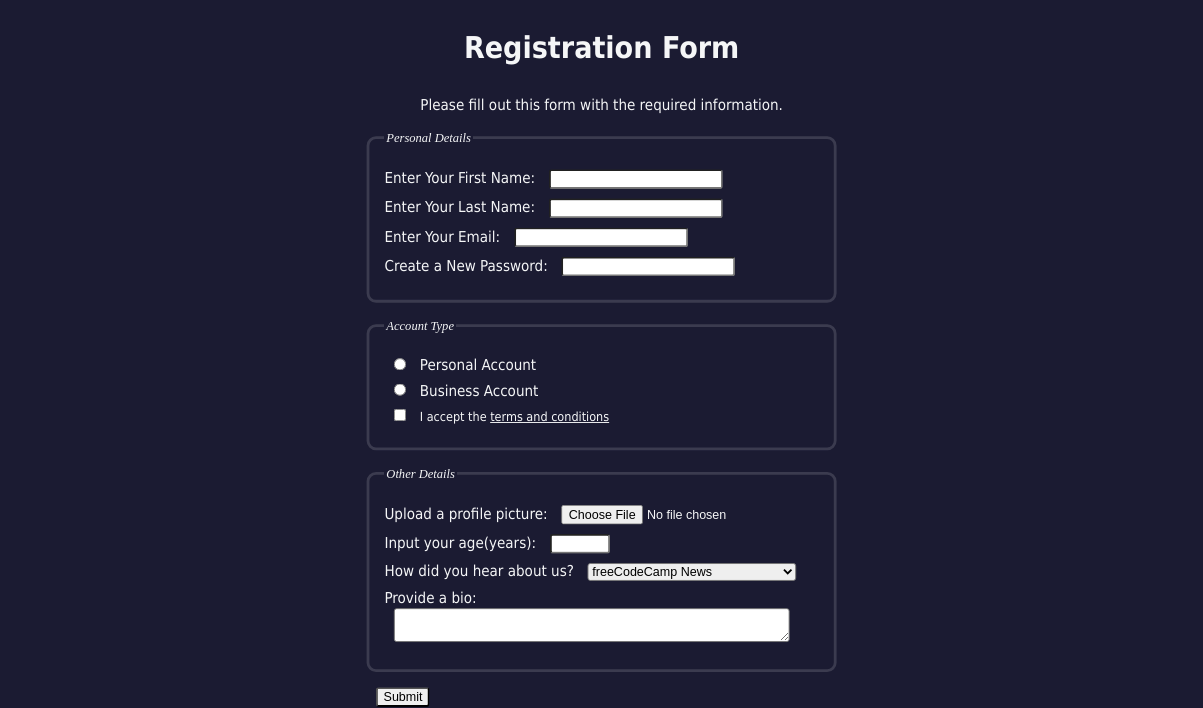
Repository: Lungdjos/registration_form
Page: index.html
These files come from the project's save history. The page is drawn as it stood at one moment and after the next save; the edit follows.
The browser window is 1280 px wide. The pictures show the whole page, at 94% of full size.

Above is the page before, as saved 2023-09-29 09:28:58.

### index.html
<!DOCTYPE html>
<html lang="en">

<head>
    <meta charset="UTF-8">
    <meta name="viewport" content="width=device-width, initial-scale=1.0">
    <title>Registration Form</title>
    <link rel="stylesheet" href="indexStyles.css">
</head>

<body>
    <h1>Registration Form</h1>
    <p>Please fill out this form with the required information.</p>
    <form action="https://register-demo.freecodecamp.org" method="post">
        <fieldset>
            <legend> <small>Personal Details</small> </legend>
            <label for="first-name">Enter Your First Name: <input type="text" id="first-name" name="first-name" required> </label>
            <label for="last-name">Enter Your Last Name: <input type="text" id="last-name" name="last-name" required> </label>
            <label for="email">Enter Your Email: <input type="email" id="email" name="email" required> </label>
            <label for="new-password">Create a New Password: <input type="password" name="password" id="new-password" pattern="[A-Za-z0-9]{8,}" minlength="8" required> </label>
        </fieldset>
        <fieldset>
            <legend> <small>Account Type</small></legend>
            <label for="personal-account"> <input type="radio" name="account-type" id="personal-account"> Personal Account</label>
            <label for="business-account"> <input type="radio" name="account-type" id="business-account"> Business Account</label>
            <label for="terms-and-conditions"> <input type="checkbox" name="ts-and-cs" id="terms-and-conditions" required> <small>I accept the <a href="https://www.freecodecamp.org/news/terms-of-service/">terms and conditions</a> </small> </label>
        </fieldset>
        <fieldset>
            <legend> <small>Other Details</small></legend>
            <label for="profile-pic">Upload a profile picture: <input type="file" name="profile-piture" id="profile-pic"></label>
            <label for="age">Input your age(years): <input type="number" name="age" id="age" min="13" max="100"> </label>

            <label for="referrer"> How did you hear about us?
                <select name="referrer" id="referrer">
                    <option value="">(select one)</option>
                    <option value="1" selected name="news">freeCodeCamp News</option>
                    <option value="2" name="youtube" >freeCodeCamp YouTube Channel</option>
                    <option value="3" name="forum" >freeCodeCamp Forum</option>
                    <option value="4" name="other" >Other</option>
                </select>
            </label>
            <label for="bio">Provide a bio:
                <textarea name="biography" id="bio" cols="50" rows="2" placeholder="I like coding on the beach..." >
                </textarea>
            </label>
        </fieldset>

        <input type="submit" value="Submit" name="submit" id="">
    </form>
</body>

</html>

### indexStyles.css
/* CSS for the Registration Form */

body {
    width: 100%;
    height: 100vh;
    /* will need to set the value to */
    margin: 0;
    background-color: #1b1b32;
    color: #f5f6f7;
    font-size: 16px;
    font-family: Tahoma;
}

label {
    display: block;
    margin: .5rem 0;
}

a {
    color: #f5f6f7;
}

form {
    margin: 0px 30px 0px 30px;
}

fieldset {
    margin: 15px 0px 15px 0px;
    border-radius: 10px;
    border: 3px solid #3b3b4f;
    padding: 1rem;
}


/* gets the last element and take effects */


/* fieldset:last-of-type {
    border: none;
} */

input,
textarea,
select {
    margin: 1px 10px 1px 10px;
    border-radius: 3px;
}

legend {
    font-style: italic;
    font-family: 'Times New Roman', Times, serif;
}

h1,
p {
    margin: 1em auto;
    text-align: center;
}

form {
    margin: 0 auto;
    max-width: 500px;
    min-width: 300px;
    width: 60vw;
}

After the next save:
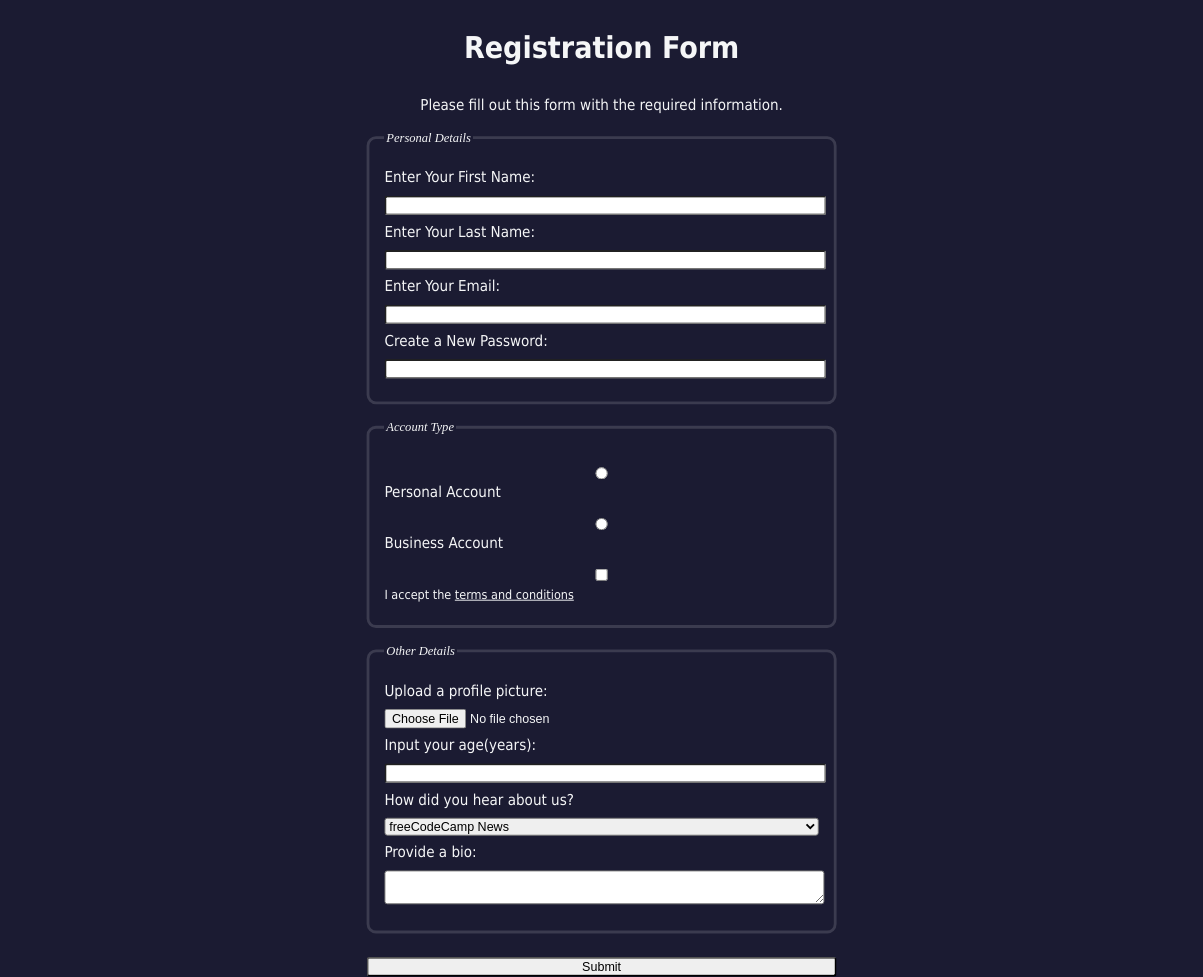
Saved 4 min 22 s later.
--- a/indexStyles.css
+++ b/indexStyles.css
@@ -42,7 +42,8 @@ fieldset {
 input,
 textarea,
 select {
-    margin: 1px 10px 1px 10px;
+    margin: 10px 0 0 0;
+    width: 100%;
     border-radius: 3px;
 }
 
